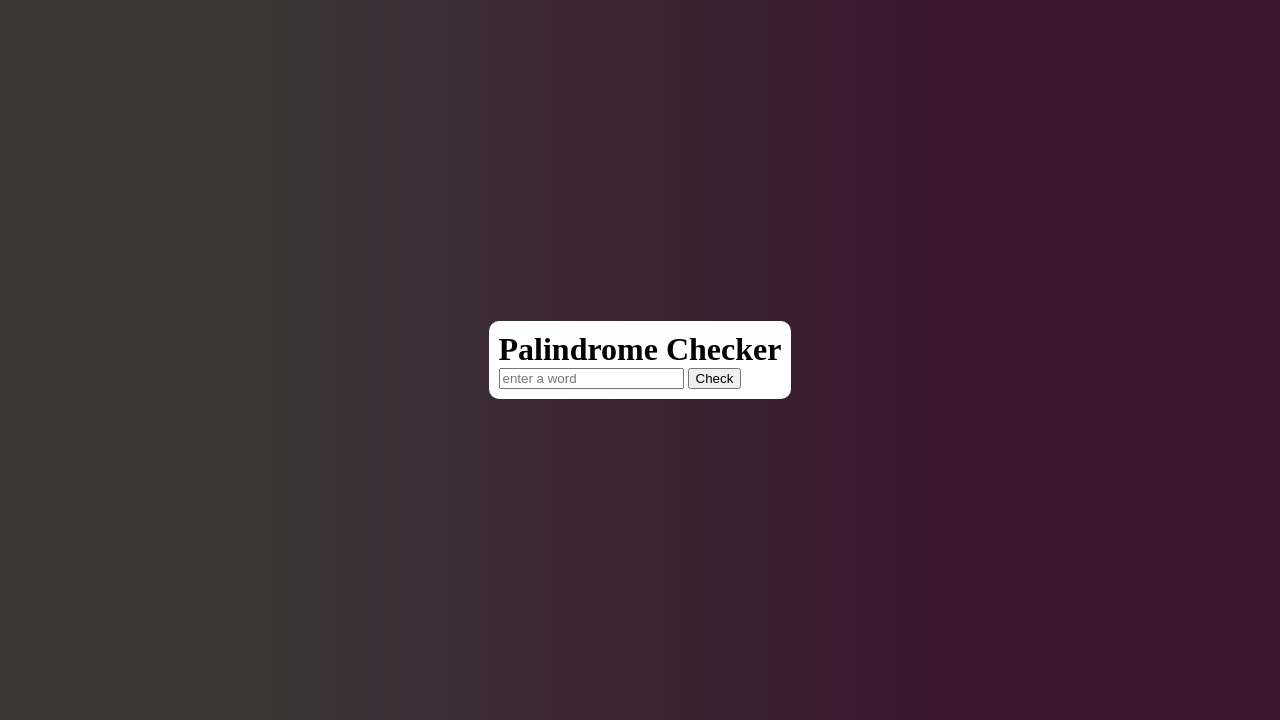
Repository: albinsabu2023/palindromeChecker
Page: index.html
These files come from the project's save history. The page is drawn as it stood at one moment and after the next save; the edit follows.
The browser window is 1280 px wide. The pictures show the whole page.

Above is the page before, as saved 2023-09-12 01:16:42.

After the next save:
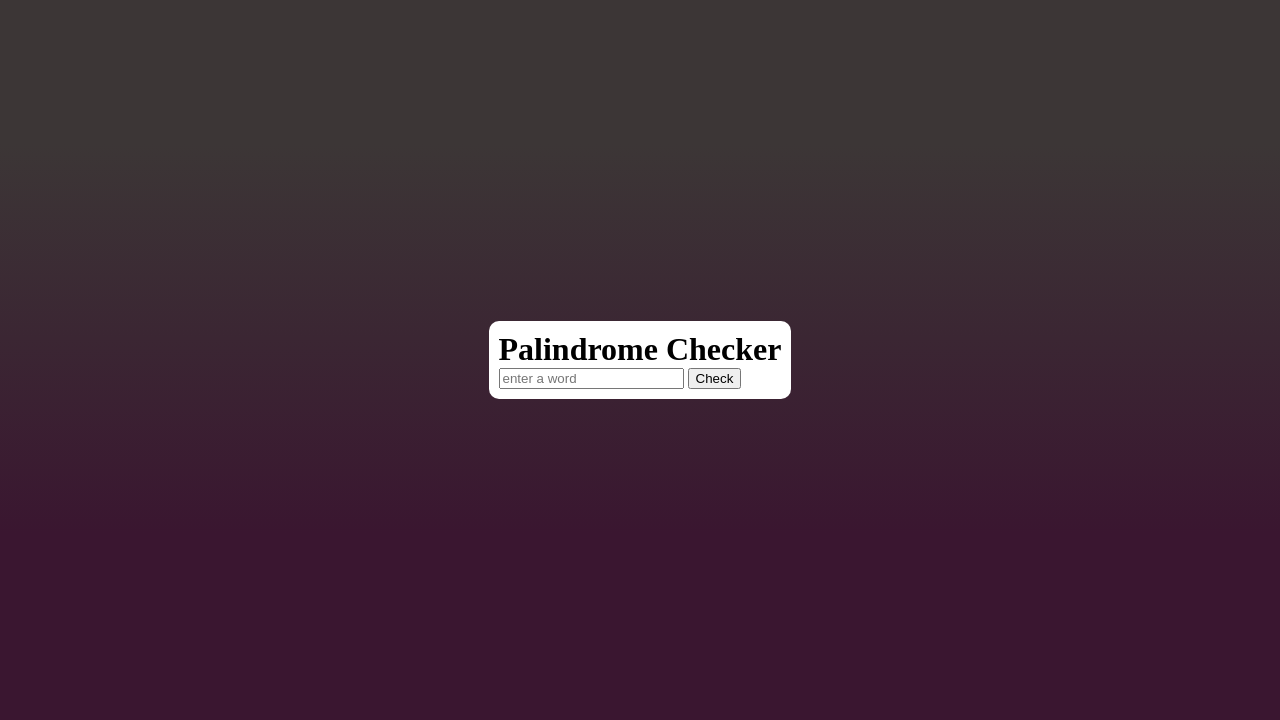
Saved 12 s later.
--- a/style.css
+++ b/style.css
@@ -7,7 +7,7 @@
     align-items: center;
     justify-content: center;
     height: 100vh;
-    background:linear-gradient( to right,rgb(60, 54, 54) 20%, rgb(58, 22, 48) 74%) ;
+    background:linear-gradient(rgb(60, 54, 54) 20%, rgb(58, 22, 48) 74%) ;
 }
 .container{
     padding: 10px;
